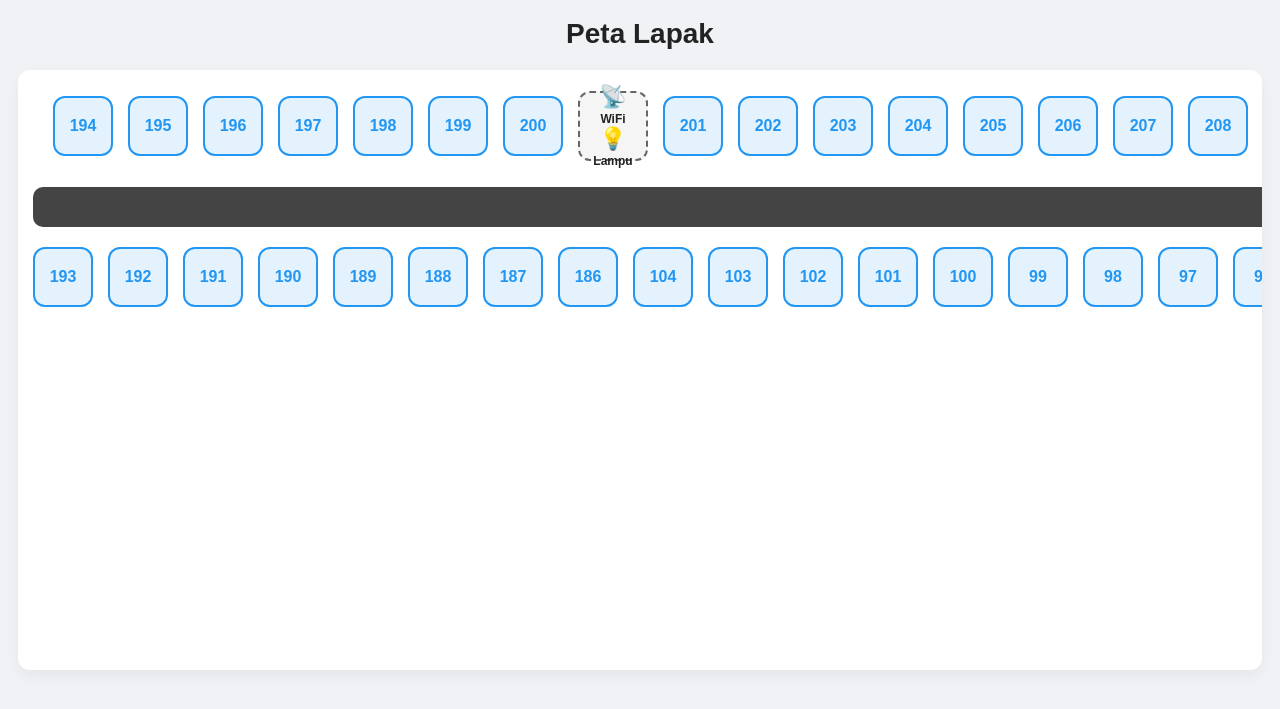
Repository: pasarrakyatbak/denah
Page: index.html
The author's editor kept a copy of each file at every save. The page is drawn from the files as they stood at one save, then again after the next save.
The browser window is 1280 px wide. The pictures show the whole page.

Above is the page before, as saved 2025-09-19 10:11:37.

### index.html
<!DOCTYPE html>
<html lang="id">

<head>
    <meta charset="utf-8" />
    <meta name="viewport" content="width=device-width,initial-scale=1" />
    <title>Peta Lapak</title>
    <link rel="stylesheet" href="style.css" />
</head>

<body>
    <h1>Peta Lapak</h1>

    <div class="scroll-container">
        <div class="h-inner">
            <!-- Baris atas: sisi kanan -->
            <div class="row top" id="right-side"></div>

            <!-- Jalan horizontal -->
            <div class="road" id="road">JALAN</div>

            <!-- Baris bawah: sisi kiri -->
            <div class="row bottom" id="left-side"></div>
        </div>
    </div>

    <script src="script.js"></script>
</body>

</html>

### style.css
/* Reset & Base */
* {
    margin: 0;
    padding: 0;
    box-sizing: border-box;
}

body {
    font-family: 'Poppins', sans-serif;
    background: #f0f2f5;
    color: #222;
    padding: 18px;
    text-align: center;
}

h1 {
    font-size: 28px;
    margin-bottom: 20px;
}

/* Scroll container */
.scroll-container {
    position: relative;
    width: 100%;
    height: 600px;
    overflow-x: auto;
    overflow-y: auto;
    background: #fff;
    border-radius: 12px;
    padding: 15px;
    box-shadow: 0 6px 15px rgba(0, 0, 0, 0.05);
}

/* Flex column */
.h-inner {
    display: flex;
    flex-direction: column;
    gap: 20px;
    min-width: max-content;
}

.container {
    display: grid;
    grid-template-columns: 1fr;
    justify-items: start;
}

/* Geser baris atas ke kiri */
.row.top {
    margin-left: -65px;
    /* sesuaikan biar gapura kiri ketemu pas */
}

/* Row lapak */
.row {
    display: flex;
    gap: 15px;
    align-items: center;
    flex-wrap: wrap;
    min-width: max-content;
}

/* Kotak lapak modern */
.lapak {
    width: 60px;
    height: 60px;
    border-radius: 12px;
    background: #e3f2fd;
    border: 2px solid #2196f3;
    color: #2196f3;
    font-weight: 600;
    display: flex;
    align-items: center;
    justify-content: center;
    transition: all 0.2s ease;
    cursor: pointer;
    font-size: 16px;
}

.lapak:hover {
    background: #2196f3;
    color: #fff;
    transform: scale(1.1);
    box-shadow: 0 4px 12px rgba(0, 0, 0, 0.15);
}

/* Jalan */
.road {
    height: 40px;
    background: #444;
    color: #fff;
    display: flex;
    align-items: center;
    justify-content: center;
    border-radius: 10px;
    padding: 0 10px;
    min-width: max-content;
}

/* Gerbang */
.jalan-gerbang {
    width: 130px;
    height: 45px;
    background: #ff9800;
    color: #fff;
    display: flex;
    align-items: center;
    justify-content: center;
    border-radius: 10px;
    font-weight: 700;
    transition: all 0.2s;
}

.jalan-gerbang:hover {
    background: #fb8c00;
    transform: scale(1.05);
}

/* Container gapura lintas jalan */
.gapura-container {
    width: 60px;
    height: 60px;
    display: flex;
    flex-direction: column;
    align-items: center;
    justify-content: center;
    gap: 3px;
    margin: 0;
}

/* Simbol gapura */
.gapura-icon {
    font-size: 22px;
}

/* Panah */
.gapura-arrow {
    font-size: 18px;
    line-height: 1;
}

/* Bungkus tiap lapak */
.lapak-wrapper {
    position: relative;
    display: flex;
    flex-direction: column;
    align-items: center;
}

/* Sungai di bawah lapak */
.sungai-bawah {
    position: absolute;
    top: 105%;
    left: 50%;
    transform: translateX(-50%);
    width: 130%;
    height: 90%;
    background: linear-gradient(to bottom, #2196f3, #64b5f6);
    border-radius: 10px;
    color: #fff;
    font-size: 0.8em;
    font-weight: bold;
    display: flex;
    flex-direction: column;
    align-items: center;
    justify-content: center;
    line-height: 1.2;
    box-shadow: 0 4px 10px rgba(0, 0, 0, 0.2);
}

.sungai-atas {
    background: #00bfff;
    color: #fff;
    font-size: 12px;
    font-weight: bold;
    padding: 2px;
    border-radius: 6px;
    margin-bottom: 4px;
}

.sungai-bawah span {
    font-size: 0.7em;
    font-weight: 600;
}

/* === Tambahan untuk tiang wifi & lampu === */
.tiang-container {
    width: 70px;
    height: 70px;
    background: #f5f5f5;
    border: 2px dashed #666;
    border-radius: 12px;
    display: flex;
    flex-direction: column;
    align-items: center;
    justify-content: center;
    font-size: 22px;
    font-weight: bold;
    color: #444;
}

.tiang-label {
    font-size: 12px;
    font-weight: 600;
    margin-top: 2px;
    color: #222;
}

/* === Perataan baris atas & gapura === */
.row.top {
    justify-content: flex-start;
    margin-left: 20px;
    /* geser kiri agar sejajar */
}

.row.top .gapura-container,
.row.bottom .gapura-container {
    margin-left: -15px;
    /* sejajarkan gapura atas & bawah */
}

/* Responsive Breakpoints */
@media(max-width:1200px) {
    .scroll-container {
        height: 500px;
    }

    .lapak {
        width: 55px;
        height: 55px;
        font-size: 15px;
    }
}

@media(max-width:900px) {
    .scroll-container {
        height: 450px;
    }

    .lapak {
        width: 50px;
        height: 50px;
        font-size: 14px;
    }

    .jalan-gerbang {
        width: 100px;
        height: 38px;
        font-size: 13px;
    }

    .sungai-bawah {
        width: 120%;
        height: 85%;
        font-size: 0.75em;
    }
}

@media(max-width:600px) {
    body {
        padding: 10px;
    }

    h1 {
        font-size: 22px;
    }

    .scroll-container {
        height: 400px;
        padding: 10px;
    }

    .lapak {
        width: 45px;
        height: 45px;
        font-size: 13px;
    }

    .jalan-gerbang {
        width: 90px;
        height: 34px;
        font-size: 12px;
    }

    .sungai-bawah {
        width: 110%;
        height: 80%;
        font-size: 0.7em;
    }
}

@media(max-width:480px) {
    .lapak {
        width: 40px;
        height: 40px;
        font-size: 12px;
    }

    .jalan-gerbang {
        width: 80px;
        height: 32px;
        font-size: 11px;
    }
}

### script.js
// DATA NOMOR
const leftNumbers = [
    1, 2, 3, 4, 5, 6, 7, 8, 9, 10, 11, 15, 16, 17, 18, 19, 20, 21, 22, 23, 24,
    25, 26, 27, 28, 29, 30, 31, 32, 33, 34, 35, 36, 37, 38, 39, 40, 41, 42, 43,
    44, 45, 46, 47, 48, 49, 50, 51, 52, 53, 54, 55, 56, 57, 58, 59, 60, 61, 62,
    63, 64, 65, 66, 67, 68, 69, 70, 71, 72, 73, 74, 75, 76, 77, 78, 79, 80, 81,
    82, 83, 84, 85, 86, 87, 88, 89, 90, 91, 92, 93, 94, 95, 96, 97, 98, 99, 100,
    101, 102, 103, 104, 186, 187, 188, 189, 190, 191, 192, 193
];
const rightNumbers = [
    194, 195, 196, 197, 198, 199, 200, 201, 202, 203, 204, 205, 206, 207, 208,
    209, 210, 211, 212, 213, 105, 106, 107, 108, 109, 110, 111, 112, 113, 114,
    115, 116, 117, 118, 119, 120, 121, 122, 123, 124, 125, 126, 127, 128, 129,
    130, 131, 132, 133, 134, 135, 136, 137, 138, 214, 215, 216, 139, 140, 141,
    142, 143, 144, 145, 146, 147, 148, 149, 150, 151, 152, 153, 154, 155, 156,
    157, 158, 159, 160, 161, 162, 163, 164, 165, 166, 167, 168, 169, 170, 171,
    172, 173, 174, 175, 176, 177, 178, 179, 180, 181, 182, 183, 184, 185
];

const rightSide = document.getElementById('right-side');
const leftSide = document.getElementById('left-side');

// Fungsi buat lapak
function makeLapak(num) {
    const d = document.createElement('div');
    d.className = 'lapak';
    d.textContent = num;
    return d;
}
rightNumbers.forEach(n => rightSide.appendChild(makeLapak(n)));
leftNumbers.slice().reverse().forEach(n => leftSide.appendChild(makeLapak(n)));

// Fungsi gerbang
function insertGerbangBetween(parent, a, b, label = 'Gerbang Sekolah') {
    const children = Array.from(parent.children);
    const idxA = children.findIndex(c => c.textContent == String(a));
    const idxB = children.findIndex(c => c.textContent == String(b));
    if (idxA === -1 || idxB === -1) return;
    const insertAfterIndex = Math.min(idxA, idxB);
    const refNode = parent.children[insertAfterIndex + 1] || null;
    const g = document.createElement('div');
    g.className = 'jalan-gerbang';
    g.textContent = label;
    parent.insertBefore(g, refNode);
}
insertGerbangBetween(leftSide, 2, 3);
insertGerbangBetween(leftSide, 11, 15);

// Fungsi gapura lintas jalan
function insertGapuraLintasJalan(leftParent, rightParent, a, b) {
    const leftChildren = Array.from(leftParent.children);
    const rightChildren = Array.from(rightParent.children);

    const idxLeft = leftChildren.findIndex(c => c.textContent == String(a));
    const idxRight = rightChildren.findIndex(c => c.textContent == String(b));

    if (idxLeft === -1 || idxRight === -1) return;

    const gapuraBottom = document.createElement('div');
    gapuraBottom.className = 'gapura-container';
    gapuraBottom.innerHTML = `
    <div class="gapura-icon">⛩️</div>
    <div class="gapura-arrow">⬆️</div>
  `;
    leftParent.insertBefore(gapuraBottom, leftParent.children[idxLeft + 1]);

    const gapuraTop = document.createElement('div');
    gapuraTop.className = 'gapura-container';
    gapuraTop.innerHTML = `
    <div class="gapura-arrow">⬇️</div>
    <div class="gapura-icon">⛩️</div>
  `;
    rightParent.insertBefore(gapuraTop, rightParent.children[idxRight]);

    const road = document.getElementById("road");
    const connector = document.createElement("div");
    connector.className = "gapura-connector";
    road.appendChild(connector);
}
insertGapuraLintasJalan(leftSide, rightSide, 57, 146);

// Sungai di bawah lapak
function placeSungaiBelowLapak(parent, targetNum) {
    const target = Array.from(parent.children)
        .find(c => c.textContent == String(targetNum));
    if (!target) return;
    const wrapper = document.createElement("div");
    wrapper.className = "lapak-wrapper";
    wrapper.setAttribute("data-lapak", targetNum);
    parent.insertBefore(wrapper, target);
    wrapper.appendChild(target);
    const sungai = document.createElement("div");
    sungai.className = "sungai-bawah";
    sungai.textContent = "Sungai";
    wrapper.appendChild(sungai);
}
// Sungai di atas lapak
function placeSungaiAboveLapak(parent, targetNum) {
    const target = Array.from(parent.children)
        .find(c => c.textContent == String(targetNum));
    if (!target) return;

    const wrapper = document.createElement("div");
    wrapper.className = "lapak-wrapper";
    wrapper.setAttribute("data-lapak", targetNum);

    parent.insertBefore(wrapper, target);
    wrapper.appendChild(target);

    const sungai = document.createElement("div");
    sungai.className = "sungai-atas";
    sungai.textContent = "Sungai";
    wrapper.insertBefore(sungai, target);
}

placeSungaiBelowLapak(leftSide, 62);
placeSungaiAboveLapak(rightSide, 141);
// Tiang wifi + lampu
function insertTiangBetween(parent, a, b) {
    const children = Array.from(parent.children);
    const idxA = children.findIndex(c => c.textContent == String(a));
    const idxB = children.findIndex(c => c.textContent == String(b));
    if (idxA === -1 || idxB === -1) return;

    const insertAfterIndex = Math.min(idxA, idxB);
    const refNode = parent.children[insertAfterIndex + 1] || null;

    const tiang = document.createElement("div");
    tiang.className = "tiang-container";
    tiang.innerHTML = `
    📡<div class="tiang-label">WiFi</div>
    💡<div class="tiang-label">Lampu</div>
  `;
    parent.insertBefore(tiang, refNode);
}

insertTiangBetween(rightSide, 200, 201);
insertTiangBetween(rightSide, 108, 109);
insertTiangBetween(rightSide, 124, 125);
insertTiangBetween(rightSide, 137, 138);

After the next save:
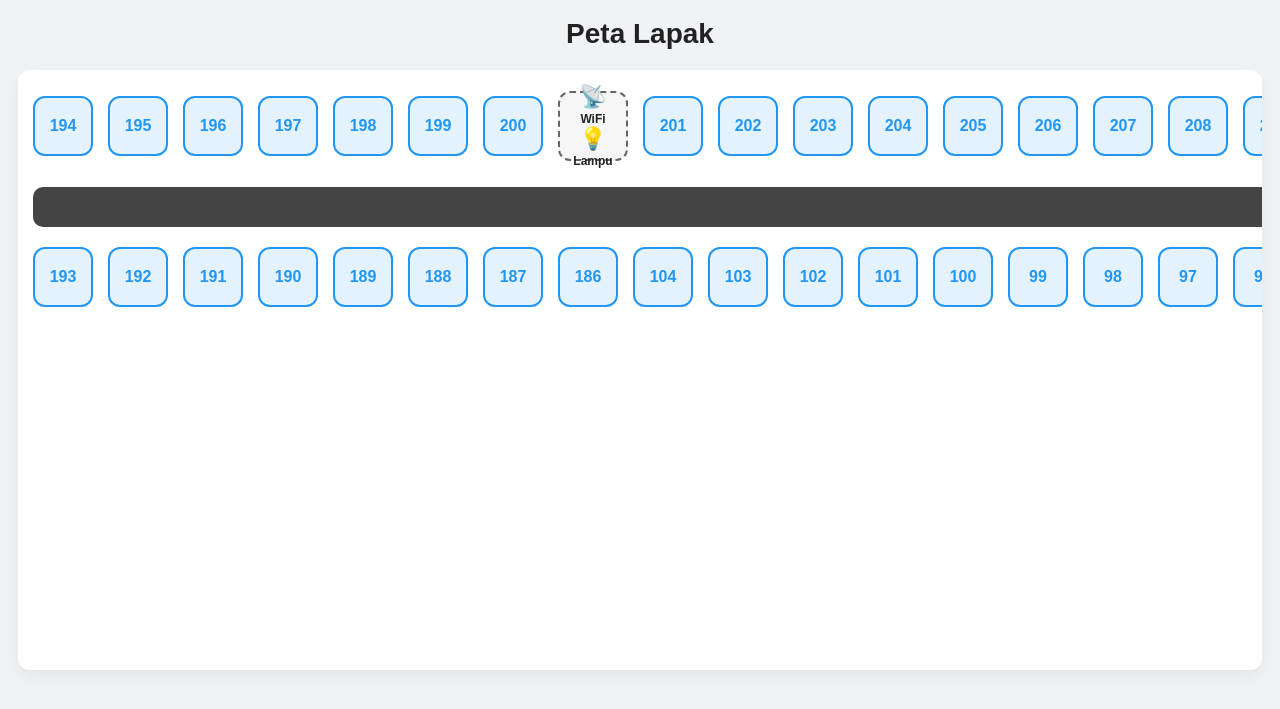
Saved 2 min 1 s later.
--- a/style.css
+++ b/style.css
@@ -45,19 +45,25 @@ h1 {
     justify-items: start;
 }
 
-/* Geser baris atas ke kiri */
-.row.top {
-    margin-left: -65px;
-    /* sesuaikan biar gapura kiri ketemu pas */
-}
-
-/* Row lapak */
+/* Baris lapak */
 .row {
     display: flex;
     gap: 15px;
     align-items: center;
     flex-wrap: wrap;
     min-width: max-content;
+}
+
+/* Baris atas & bawah */
+.row.top {
+    justify-content: flex-start;
+    margin-left: 0;
+    /* reset */
+}
+
+.row.bottom {
+    justify-content: flex-start;
+    margin-left: 0;
 }
 
 /* Kotak lapak modern */
@@ -116,7 +122,7 @@ h1 {
     transform: scale(1.05);
 }
 
-/* Container gapura lintas jalan */
+/* Gapura lintas jalan */
 .gapura-container {
     width: 60px;
     height: 60px;
@@ -125,21 +131,20 @@ h1 {
     align-items: center;
     justify-content: center;
     gap: 3px;
-    margin: 0;
-}
-
-/* Simbol gapura */
+    margin-left: -8px;
+    /* disesuaikan agar sejajar */
+}
+
 .gapura-icon {
     font-size: 22px;
 }
 
-/* Panah */
 .gapura-arrow {
     font-size: 18px;
     line-height: 1;
 }
 
-/* Bungkus tiap lapak */
+/* Bungkus tiap lapak untuk sungai */
 .lapak-wrapper {
     position: relative;
     display: flex;
@@ -147,7 +152,7 @@ h1 {
     align-items: center;
 }
 
-/* Sungai di bawah lapak */
+/* Sungai */
 .sungai-bawah {
     position: absolute;
     top: 105%;
@@ -183,7 +188,7 @@ h1 {
     font-weight: 600;
 }
 
-/* === Tambahan untuk tiang wifi & lampu === */
+/* Tiang wifi & lampu */
 .tiang-container {
     width: 70px;
     height: 70px;
@@ -206,19 +211,6 @@ h1 {
     color: #222;
 }
 
-/* === Perataan baris atas & gapura === */
-.row.top {
-    justify-content: flex-start;
-    margin-left: 20px;
-    /* geser kiri agar sejajar */
-}
-
-.row.top .gapura-container,
-.row.bottom .gapura-container {
-    margin-left: -15px;
-    /* sejajarkan gapura atas & bawah */
-}
-
 /* Responsive Breakpoints */
 @media(max-width:1200px) {
     .scroll-container {
